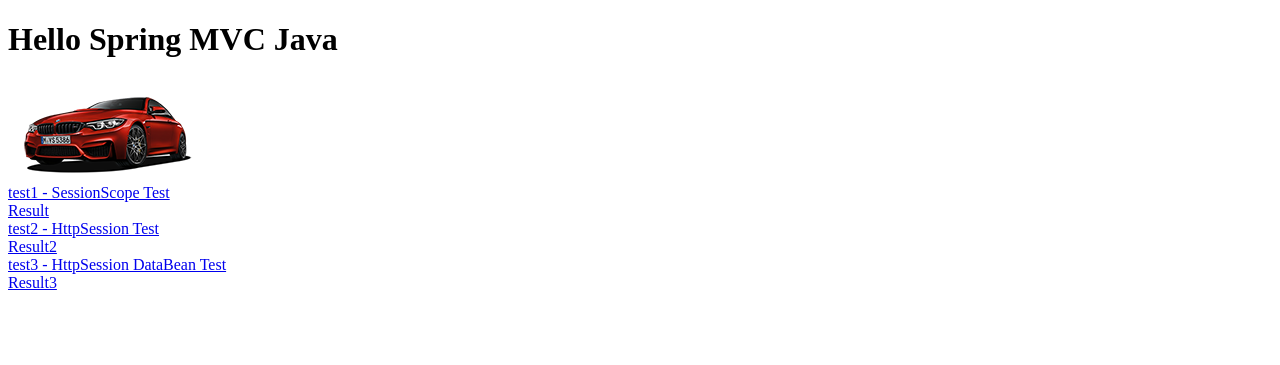
Repository: kangseongwuk/Spring
Page: http://localhost/WebSpringSample10_Properties/WEB-INF/views/index.jsp
The author's editor kept a copy of each file at every save. The page is drawn from the files as they stood at one save, then again after the next save.
The browser window is 1280 px wide. The pictures show the whole page.
The page is served by Tomcat 9. Nobody is signed in. The template is opened directly, without the code that normally fills it, so the values that code supplies are empty.

Above is the page before, as saved 2022-10-18 08:03:12.

After the next save:
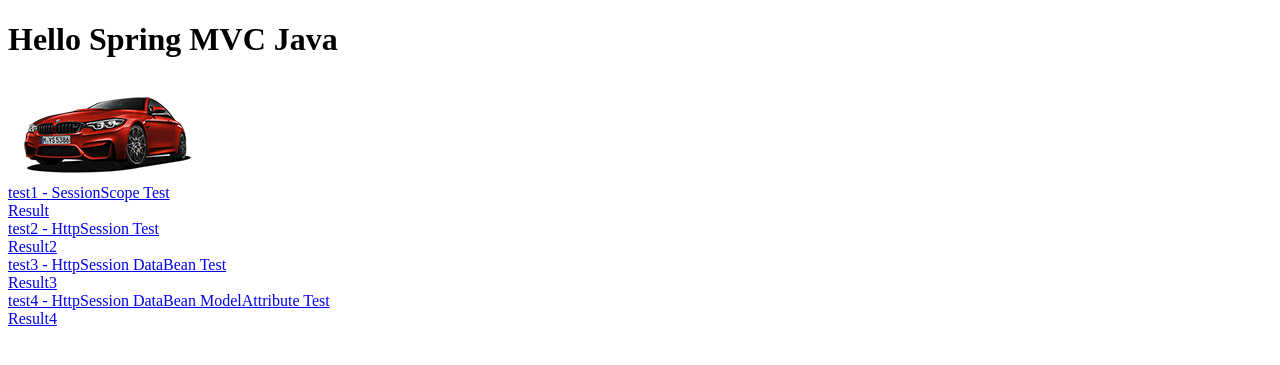
Saved 18 min 29 s later.
--- a/WebSpringSample10_Properties/src/main/webapp/WEB-INF/views/index.jsp
+++ b/WebSpringSample10_Properties/src/main/webapp/WEB-INF/views/index.jsp
@@ -17,6 +17,8 @@
 	<a href="result2">Result2</a><br>
 	<a href="test3">test3 - HttpSession DataBean Test </a><br>
 	<a href="result3">Result3</a><br>
+	<a href="test4">test4 - HttpSession DataBean ModelAttribute Test </a><br>
+	<a href="result4">Result4</a><br>
 
 	<!--
 	SessionScope
